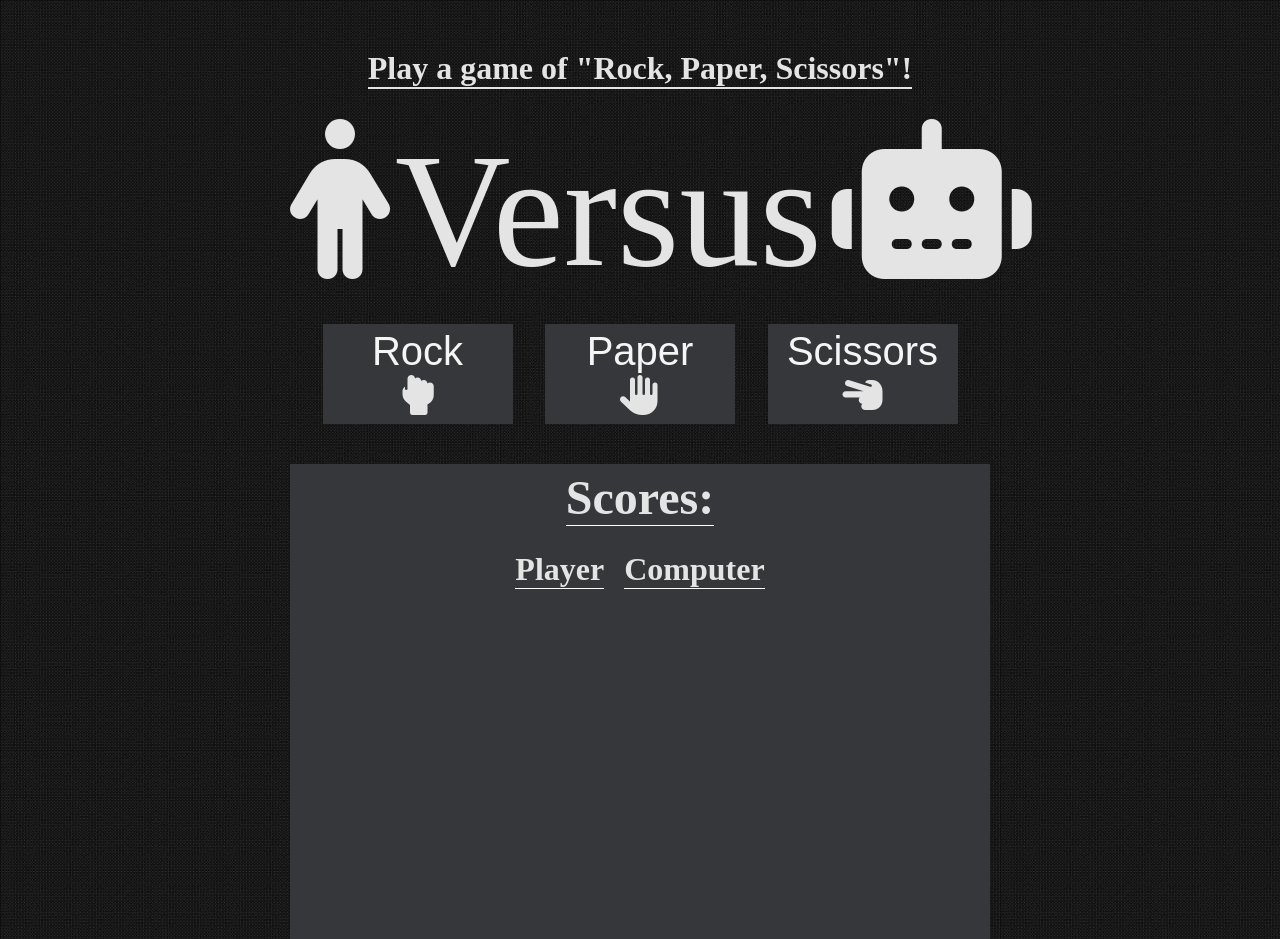
Repository: Pafestivo/rock-paper-scissors
Page: index.html
These files come from the project's save history. The page is drawn as it stood at one moment and after the next save; the edit follows.
The browser window is 1280 px wide. The pictures show the whole page.
Some web libraries are served in a nearby version.

Above is the page before, as saved 2022-10-14 15:40:07.

### index.html
<!DOCTYPE html>
<html lang="en">
<head>
  <meta charset="UTF-8">
  <meta name="viewport" content="width=device-width, initial-scale=1.0">
  <link rel="stylesheet" href="styles.css">
  <script src="js-file.js" defer></script>
  <script src="https://kit.fontawesome.com/e2364af56b.js" crossorigin="anonymous"></script>
  <title>Rock, Paper, Scissors</title>
</head>
<body>

  <header>
    <h1>Play a game of "Rock, Paper, Scissors"!</h1>
  </header>
  <div id="versus">
    <i class="fa-solid fa-person"></i>
    <p>Versus</p>
    <i class="fa-solid fa-robot"></i>
  </div> <!-- /versus -->

  <div class="buttons">
    <button id="rock">
      Rock
      <i class="fa-solid fa-hand-back-fist"></i>
    </button>
    <button id="paper">
      Paper
      <i class="fa-solid fa-hand"></i>
    </button>
    <button id="scissors">
      Scissors
      <i class="fa-solid fa-hand-scissors"></i>
    </button>
  </div> <!-- /buttons -->


  <div id="results">

    <div class="scores">
      <h1 id="scores-header">Scores:</h1>
    </div> <!-- /scores -->

    <div class="columns">
      <div class="player title">
        <h1>Player</h1>
      </div> <!-- /player-scores -->

      <div class="comp title">
        <h1>Computer</h1>
      </div> <!-- /comp-scores -->
    </div><!-- /columns -->

  </div> <!-- /results -->
</body>
</html>

### styles.css
* {
  margin: 0;
  padding: 0;
  box-sizing: border-box;
}

body {
  font-family: serif;
  background-image: url(images/background.jpg);
  color: rgb(228, 228, 228);
}

header {
  width: max-content;
  margin: 50px auto 30px auto;
  border-bottom: 2px solid rgb(228, 228, 228);
}

#versus {
  display: flex;
  width: 700px;
  font-size: 10rem;
  margin: 0 auto 20px auto;
  justify-content: space-evenly;
  color: rgb(228, 228, 228);
}

.fa-robot {
  margin-left: 10px;
  font-size: 10rem;
}

.fa-person {
  font-size: 10rem;
  margin-right: 5px;
}

.buttons {
  display: flex;
  width: 700px;
  margin: 0 auto;
  justify-content: space-evenly;
}

button {
  width: 190px;
  height: 100px;
  background-color: #35373B;
  border: none;
  font-size: 40px;
  color: whitesmoke;
}

button .fa-solid {
  width: 100%;
  color: rgb(228, 228, 228);
}

button:hover {
  cursor: pointer;
  background-color: #56595f;
}

button:focus {
  background-color: #635656;
}

#results {
  margin: 40px auto 0 auto;
  width: 700px;
  height: 475px;
  padding: 1px;
  background-color: #35373B;
}

#scores-header {
  margin: 5px auto 15px auto;
  font-size: 3em;
  width: max-content;
  border-bottom: 1px solid white;
}

.columns {
  display: flex;
  justify-content: center;
}

.title {
  margin-top: 10px;
  width: max-content;
  border-bottom: 1px solid white;
}

.player {
  margin-right: 20px;
}

.round-result {
  margin: 5px;
  text-align: center;
  padding: 0;
}

### js-file.js
//round logic
function playRound(playerSelection, computerSelection) {
  let log = ""

  if (
    (playerSelection === "Rock" && computerSelection === "Paper") ||
    (playerSelection === "Paper" && computerSelection === "Scissors") ||
    (playerSelection === "Scissors" && computerSelection === "Rock")
    ) {
    log = "You lost this round!"
  }
  else if (
    (playerSelection === "Paper" && computerSelection === "Rock") ||
    (playerSelection === "Rock" && computerSelection === "Scissors") ||
    (playerSelection === "Scissors" && computerSelection === "Paper")
  ) {
    log = "You won this round!"
  }
  else if (
    (playerSelection === "Rock" && computerSelection === "Rock") ||
    (playerSelection === "Paper" && computerSelection === "Paper") ||
    (playerSelection === "Scissors" && computerSelection === "Scissors")
  ) {
    log = "This round is a draw!"
  }
  else { //input doesn't match rock, paper, or scissors.
    log = "ERROR! Please choose a valid value."
  }

  return log;
};

//computer selection
function getComputerChoice() {
  const possibleChoices = ["Rock", "Paper", "Scissors"];
  const randomize = Math.floor(Math.random() * possibleChoices.length);
  return(possibleChoices[randomize]);
};


const results = document.querySelector('#results');


//function for each player selection
function rockRound() {
  let computerSelection = getComputerChoice();
  console.log(computerSelection);

  const para = document.createElement('p');
  para.classList.add('round-result');
  para.textContent = playRound("Rock", computerSelection);
  results.appendChild(para);
};

function paperRound() {
  let computerSelection = getComputerChoice();
  console.log(computerSelection);

  const para = document.createElement('p');
  para.classList.add('round-result');
  para.textContent = playRound("Rock", computerSelection);
  results.appendChild(para);
};

function scissorsRound() {
  let computerSelection = getComputerChoice();
  console.log(computerSelection);

  const para = document.createElement('p');
  para.classList.add('round-result');
  para.textContent = playRound("Rock", computerSelection);
  results.appendChild(para);
};
//end of player selection functions


//adding event listeners to each button
const rock = document.querySelector('#rock');
rock.addEventListener("click", rockRound);

const paper = document.querySelector('#paper');
paper.addEventListener("click", paperRound);

const scissors = document.querySelector('#scissors');
scissors.addEventListener("click", scissorsRound);

After the next save:
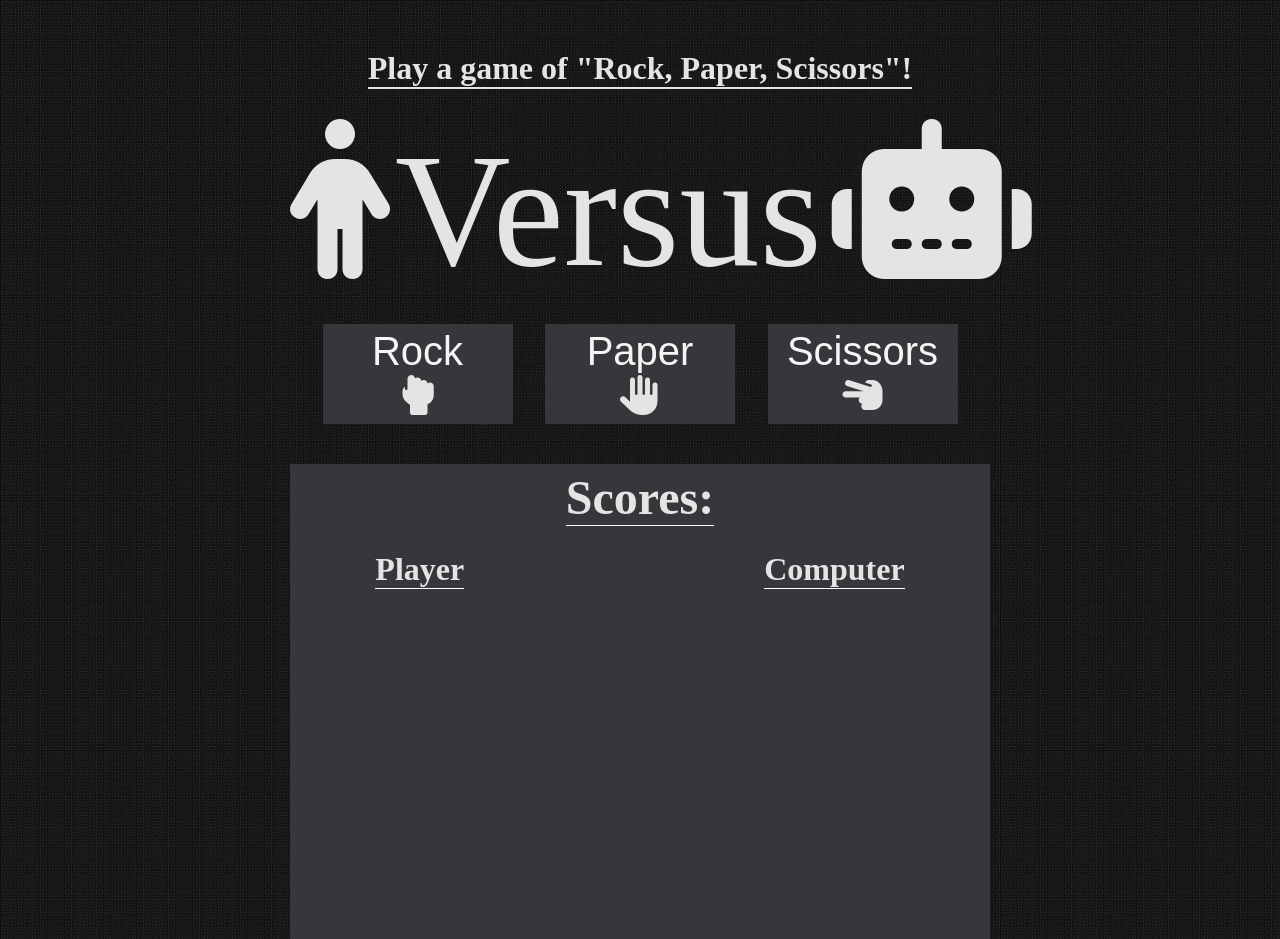
Saved 5 s later.
--- a/styles.css
+++ b/styles.css
@@ -92,7 +92,7 @@ button:focus {
 }
 
 .player {
-  margin-right: 20px;
+  margin-right: 300px;
 }
 
 .round-result {
